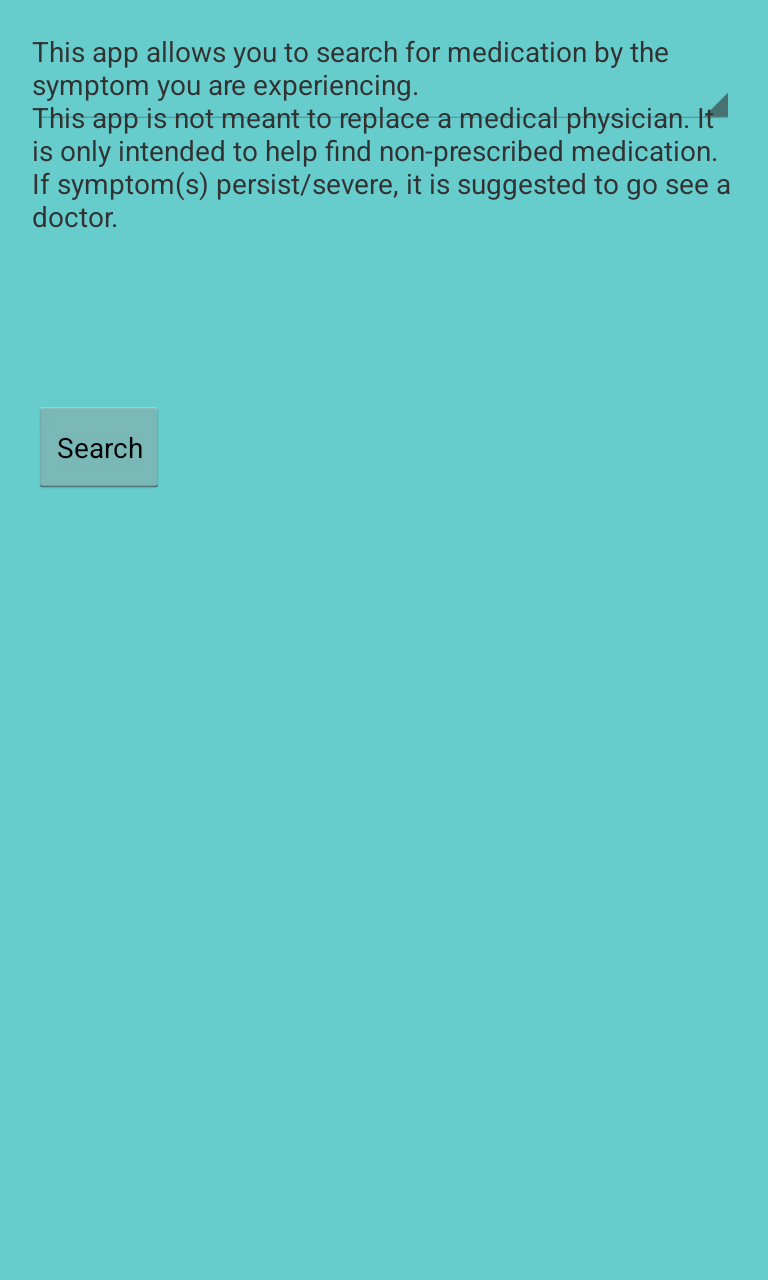
Repository: rosingrr/EECE-Andriod-APP-SympMeds
Layout: app/SympMeds/res/layout/activity_symptom_list.xml
These files come from the project's save history. The layout is drawn as it stood at one moment and after the next save; the edit follows.
It is drawn on a 768 x 1280 px phone screen (xhdpi) without system bars, with theme AppTheme; the app's code is not run.

Above is the layout before, as saved 2013-07-18 13:57:17.

### app/SympMeds/res/layout/activity_symptom_list.xml
<RelativeLayout xmlns:android="http://schemas.android.com/apk/res/android"
    xmlns:tools="http://schemas.android.com/tools"
    android:layout_width="match_parent"
    android:layout_height="match_parent"
    android:background="@color/color1"
    android:paddingBottom="@dimen/activity_vertical_margin"
    android:paddingLeft="@dimen/activity_horizontal_margin"
    android:paddingRight="@dimen/activity_horizontal_margin"
    android:paddingTop="@dimen/activity_vertical_margin"
    tools:context=".SymptomList" >

    <TextView
        android:id="@+id/symDir_textView"
        android:layout_width="wrap_content"
        android:layout_height="wrap_content"
        android:text="@string/description" />

    <Button
        android:id="@+id/button1"
        style="?android:attr/buttonStyleSmall"
        android:layout_width="wrap_content"
        android:layout_height="wrap_content"
        android:layout_alignLeft="@+id/spinner1"
        android:layout_below="@+id/symDir_textView"
        android:layout_marginTop="82dp"
        android:text="@string/search"
        android:onClick="openList" />

    <Spinner
        android:id="@+id/spinner1"
        android:layout_width="fill_parent"
        android:layout_height="wrap_content"
        android:layout_alignLeft="@+id/symDir_textView"
        android:layout_below="@+id/textView1"
        android:layout_marginTop="15dp"
        android:prompt="@string/symptom_selector" />

</RelativeLayout>

### app/SympMeds/res/values/colors.xml
<?xml version="1.0" encoding="utf-8"?>
<resources>
    <color name="red">#ffff0000</color>
    <color name="green">#ff00ff00</color>
    <color name="blue">#ff0000ff</color>
    <color name="transparent_red">#ffff0000</color>
    <color name="steel_blue">#ff4682B4</color>
    <color name="crimson">#ffdc143c</color>
    <color name="sea_green">#ff2e8b57</color>
    <color name="aqua_marine">#ff7fffd4</color>
    <color name="white">#ffffffff</color>
    <color name="darker_aqua_marine">#ff3f7f6a</color>
    <color name="color1">#ff66cccc</color>
    <color name="color2">#ff33cccc</color>
    <color name="color3">#ff00cccc</color>
</resources>

### app/SympMeds/res/values/strings.xml
<?xml version="1.0" encoding="utf-8"?>
<resources>

    <string name="empty"></string>
    <string name="app_name">SympMeds</string>
    <string name="action_settings">Settings</string>
    <string name="description">This app allows you to search for medication by the symptom you are experiencing.\nThis app is not meant to replace a medical physician. It is only intended to help find non-prescribed medication. If symptom(s) persist/severe, it is suggested to go see a doctor.</string>
    <string name="med_name">enter name of medication</string>
    <string name="search">Search</string>
    <string name="symptom_selector">select the symptom</string>
    <string name="start">Start</string>

    <string-array name="symptom_list">
        <item>fevor</item>
        <item>headache</item>
        <item>coughing</item>
        <item>cold</item>
        <item>flu</item>
    </string-array>
    <string-array name="symptom_description">
        <item>An elevation of body temperature above the normal range of 97.7–99.5 °F (36.5–37.5 °C).</item>
        <item>Pain anywhere in the region of the head or neck.</item>
        <item>Sudden and often repetitively occurring reflex which helps to clear the large breathing passages from secretions, irritants, foreign particles and microbes.</item>
        <item>A viral infectious disease of the upper respiratory tract which affects primarily the nose. Symptoms include coughing, sore throat, runny nose, sneezing, and fever which usually resolve in seven to ten days, with some symptoms lasting up to three weeks.</item>
        <item>Caused by the influenza viruses. The most common symptoms are chills, fever, runny nose, sore throat, muscle pains, headache (often severe), coughing, weakness/fatigue and general discomfort.</item>
    </string-array>

    <string name="title_activity_drug_list">DrugList</string>
    <string name="instructions">Choose the drug from the list to get information on it.</string>
    <string name="get_info">Get Info</string>
    <string name="drug_selector">choose drug</string>

    <string-array name="drug_list">
        <item>demo drug</item>
    </string-array>
    <string-array name="fever_list">
        <item>Advil</item>
    </string-array>
    <string-array name="headache_list">
        <item>Tylenol</item>
    </string-array>
    <string-array name="coughing_list">
        <item>Vicks</item>
    </string-array>
    <string-array name="cold_list">
        <item>Robitussin</item>
    </string-array>
    <string-array name="flu_list">
        <item>Sudafed</item>
    </string-array>

    <string name="title_activity_drug_info">DrugInfo</string>
    <string name="drug_name">demo drug</string>
    <string name="treats">Symptoms it treats:</string>
    <string name="problems">Potential side-effects:</string>
    <string name="how_to">Directions of use:</string>
    <string name="unknown">unknown</string>
    <string name="title_activity_symptom_list">SympList</string>
    <string name="hello_world">Hello world!</string>

</resources>

Loaded but not shown: app/SympMeds/res/values/styles.xml (common file); app/SympMeds/res/values-v11/styles.xml (common file); app/SympMeds/res/values-v14/styles.xml (common file); app/SympMeds/res/values/dimens.xml (common file)

After the next save:
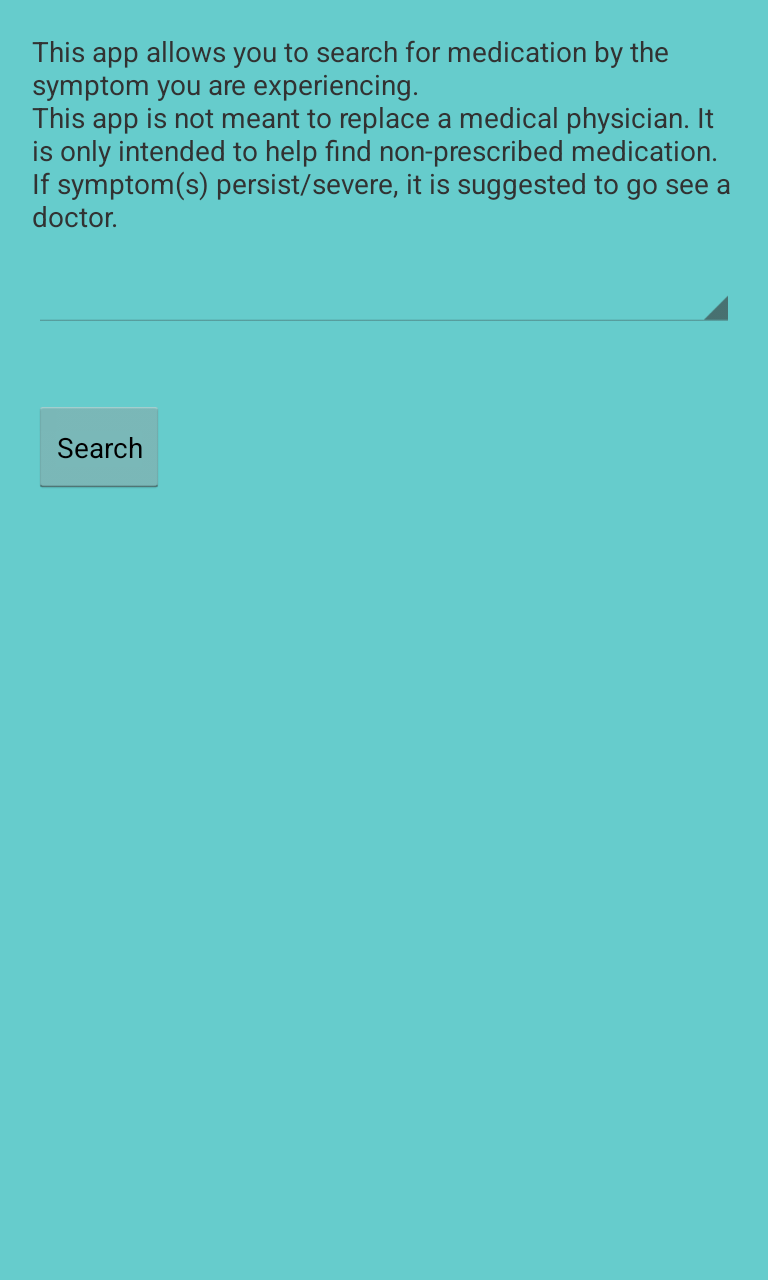
Saved 12 s later.
--- a/app/SympMeds/res/layout/activity_symptom_list.xml
+++ b/app/SympMeds/res/layout/activity_symptom_list.xml
@@ -31,7 +31,7 @@
         android:layout_width="fill_parent"
         android:layout_height="wrap_content"
         android:layout_alignLeft="@+id/symDir_textView"
-        android:layout_below="@+id/textView1"
+        android:layout_below="@+id/symDir_textView"
         android:layout_marginTop="15dp"
         android:prompt="@string/symptom_selector" />
 
